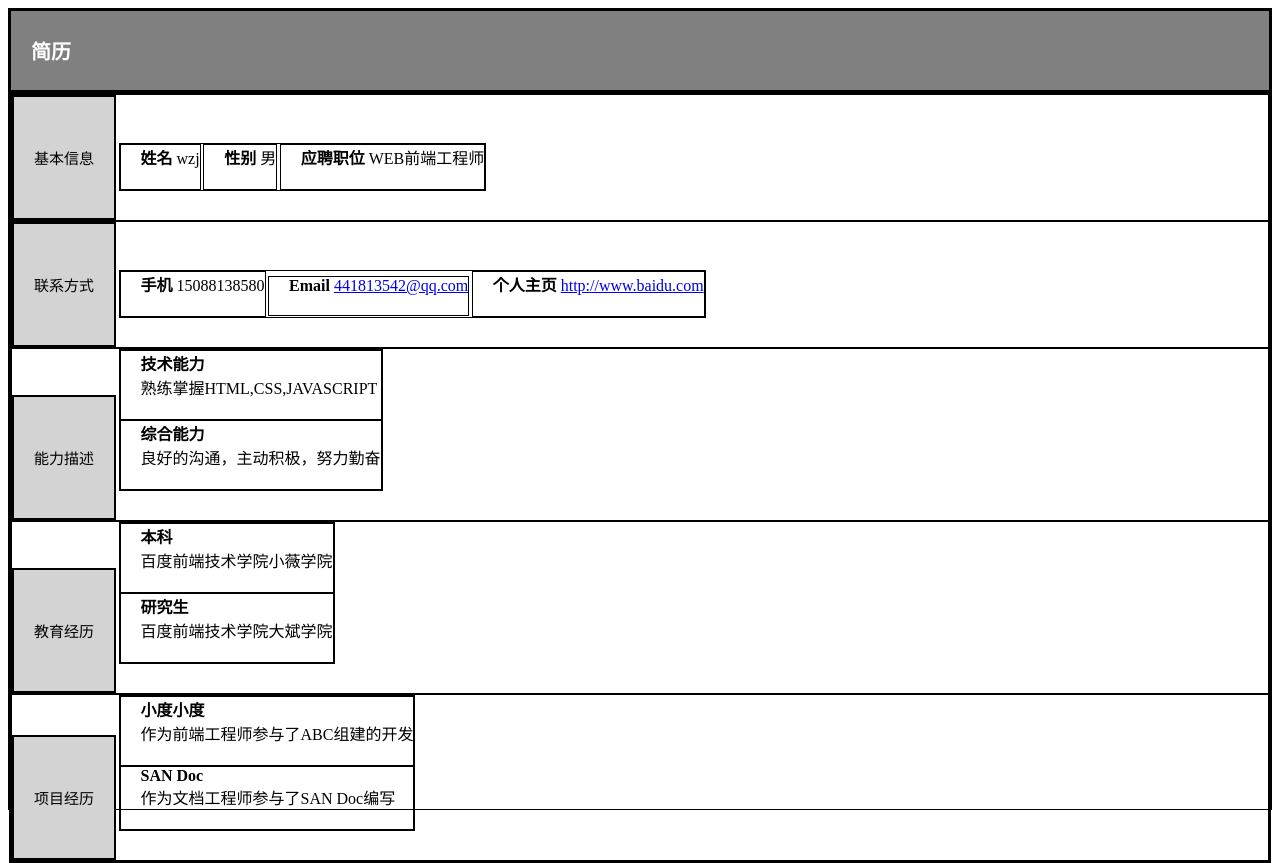
Repository: w441813542/webrecord
Page: day6_day7/jianli.html
An editor plug-in stored every save of this project. The page is shown before and after the next save, followed by the edit.
The browser window is 1280 px wide. The pictures show the whole page.

Above is the page before, as saved 2021-03-09 14:31:52.

After the next save:
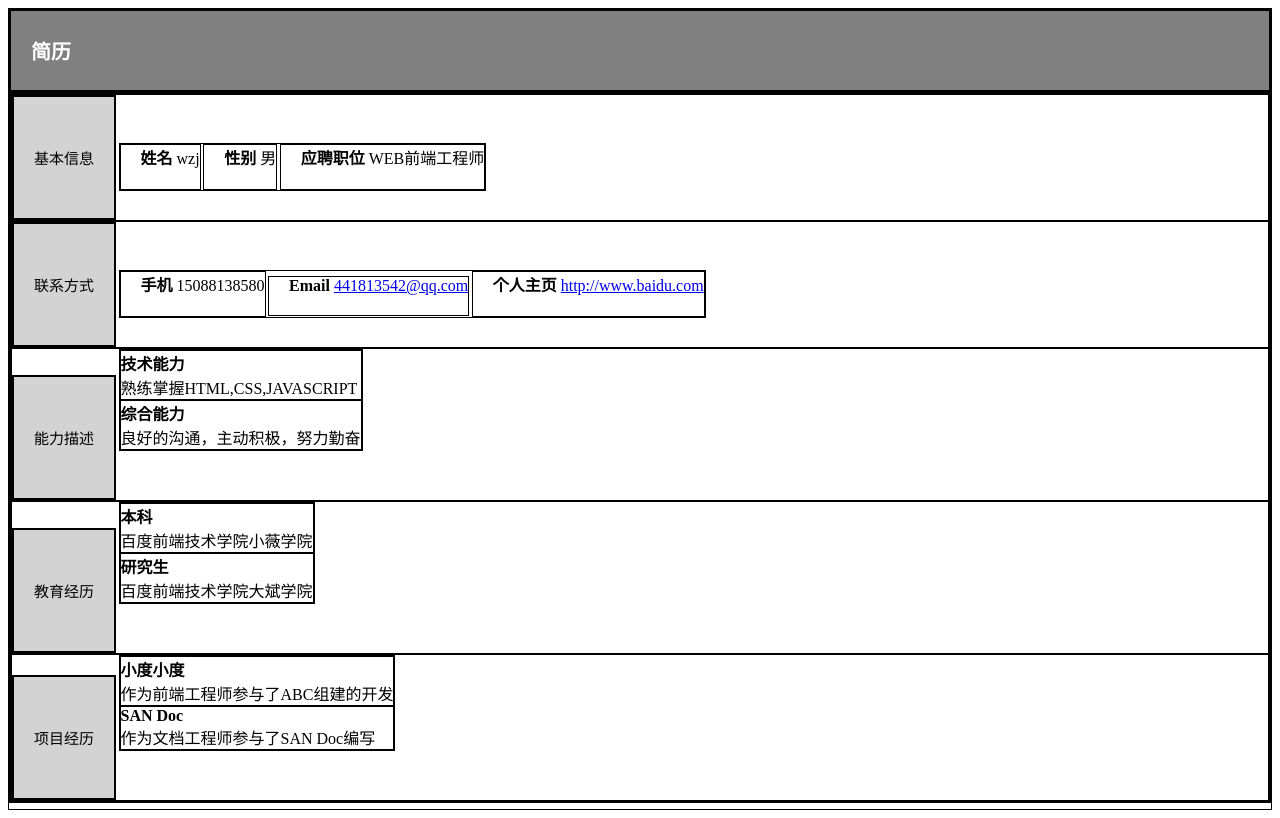
Saved 22 s later.
--- a/day6_day7/style_3.css
+++ b/day6_day7/style_3.css
@@ -58,5 +58,5 @@ div{
 
   .block{
     display: block;
-    padding-top: 0px;
+    padding: 0px;
   }
